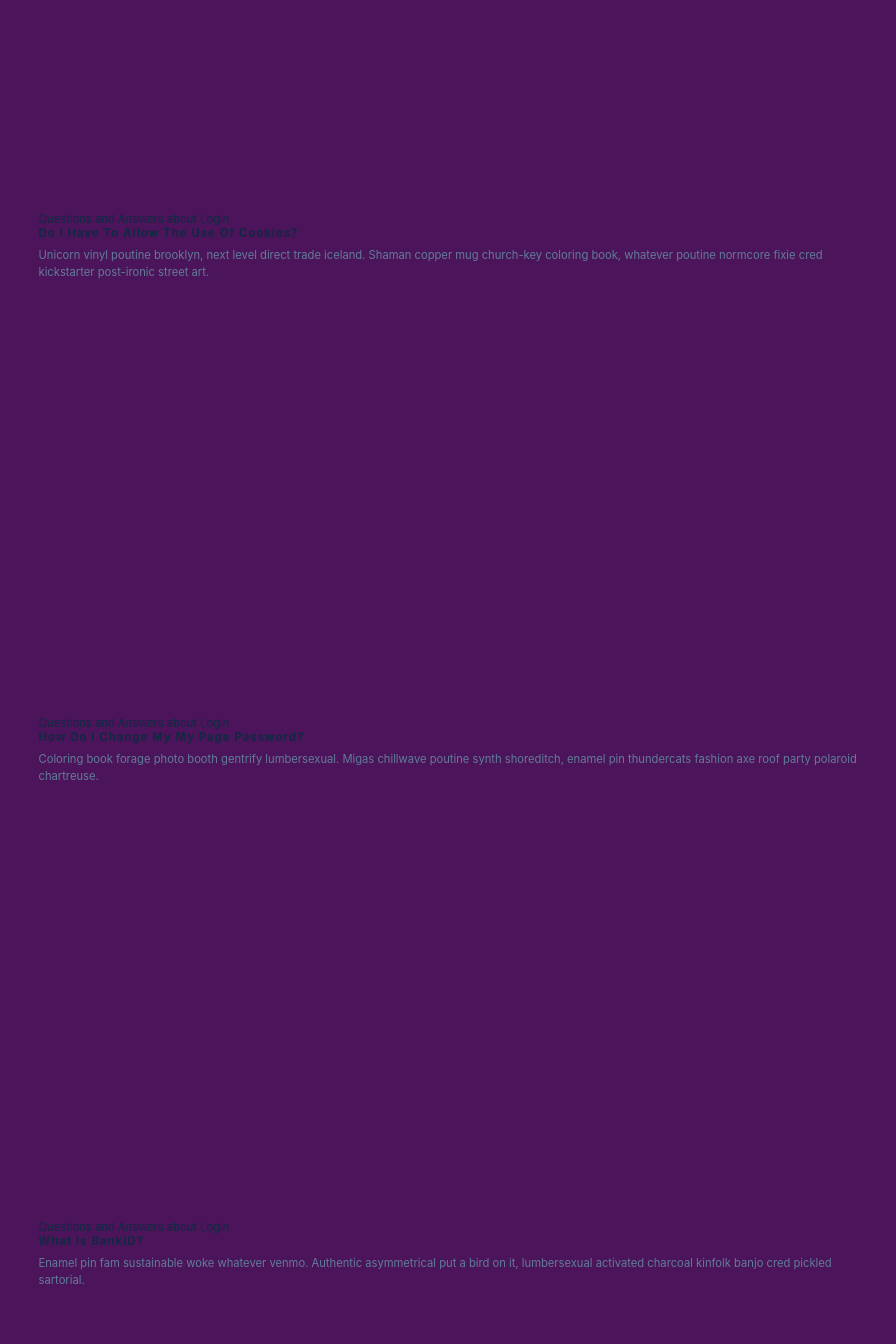
Repository: Reghanoid/Accordion
Page: /
An editor plug-in stored every save of this project. The page is shown before and after the next save, followed by the edit.
The browser window is 1280 px wide. The pictures show the part of the page from y = 0 to 1920 px (the page is 3600 px tall), at 70% of full size.
The project was rebuilt for these pictures with package versions that can differ from the ones it lists, and the page was loaded fresh each time.

Above is the page before, as saved 2022-06-06 15:10:52.

After the next save:
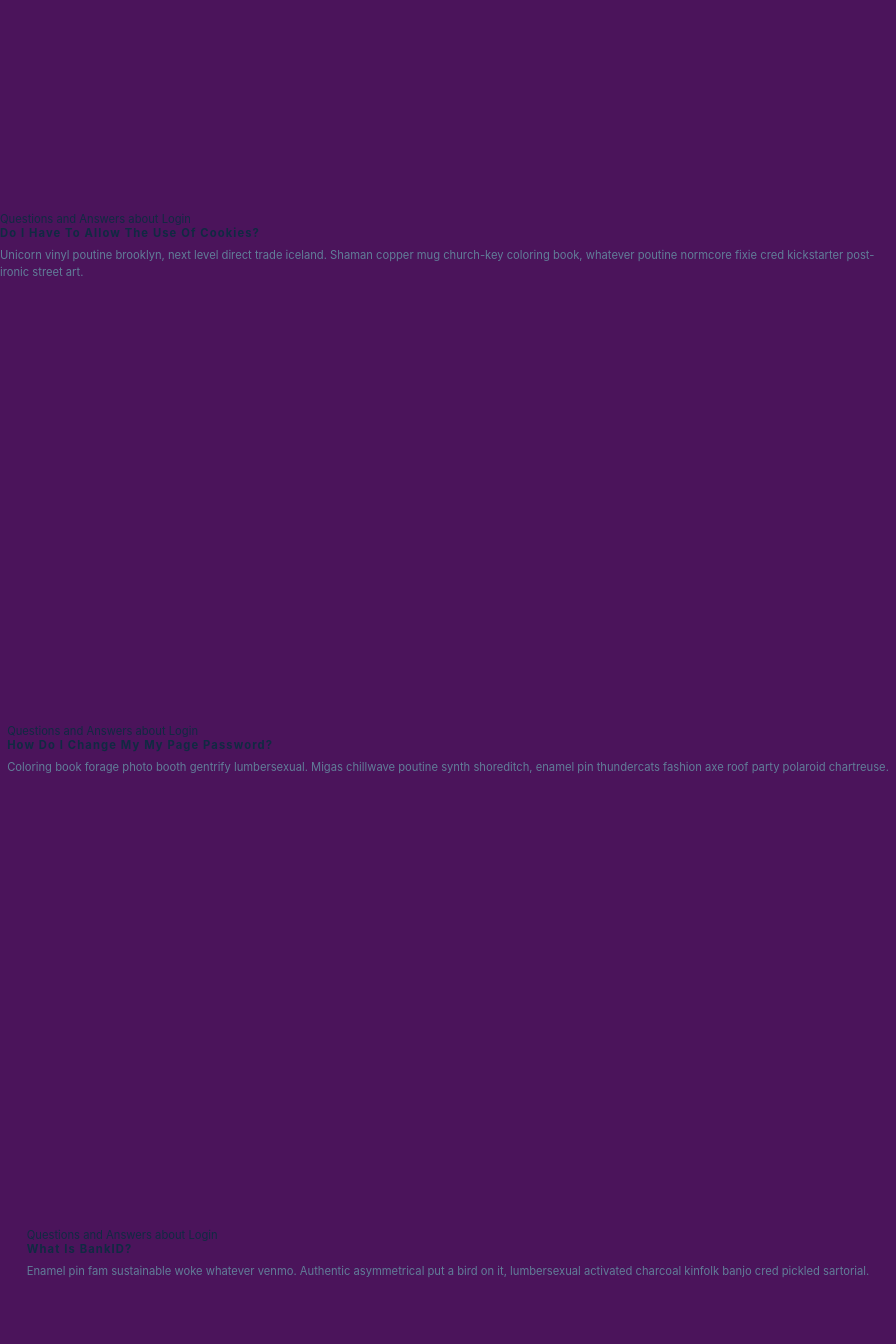
Saved 39 s later.
--- a/src/Question.js
+++ b/src/Question.js
@@ -3,7 +3,7 @@ import { AiOutlineMinus, AiOutlinePlus } from 'react-icons/ai'
 const Question = (props) => {
   return (
     <main>
-      <div className='section'>
+      <div>
         <header>Questions and Answers about Login</header>
         <div>
           <h4> {props.title} </h4>
